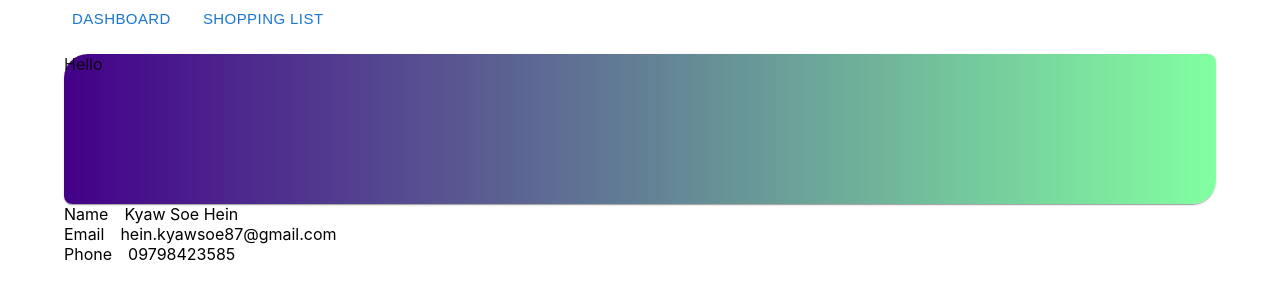
Repository: KyawSoeHein/GoogleAuthReact
Page: /
An editor plug-in stored every save of this project. The page is shown before and after the next save, followed by the edit.
The browser window is 1280 px wide. The pictures show the whole page.
The project was rebuilt for these pictures with package versions that can differ from the ones it lists, and the page was loaded fresh each time. Also part of the build but not shown: src/App.css.

Above is the page before, as saved 2022-02-14 19:23:52.

After the next save:
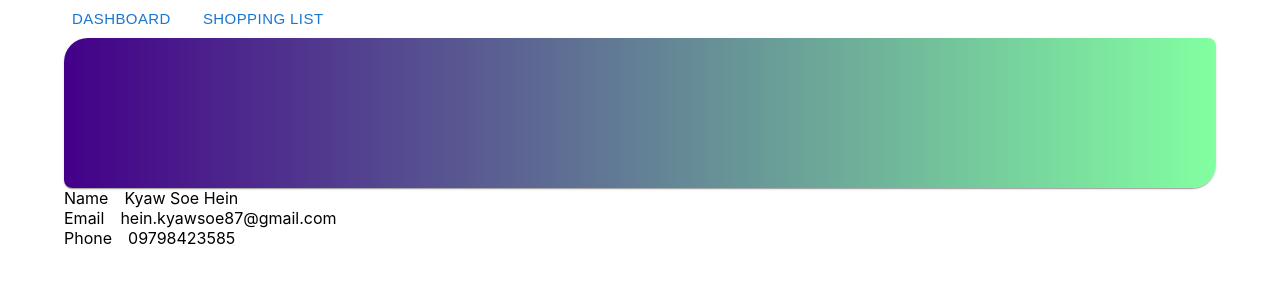
Saved 13 s later.
--- a/src/Components/CoverAndProfilePhoto.tsx
+++ b/src/Components/CoverAndProfilePhoto.tsx
@@ -14,9 +14,7 @@ const CoverAndProfilePhoto = () => {
         borderBottomRightRadius: 24,
         background: "linear-gradient(to right, #430089, #82ffa1)",
       }}
-    >
-      <p>Hello</p>
-    </Paper>
+    ></Paper>
   );
 };
 
